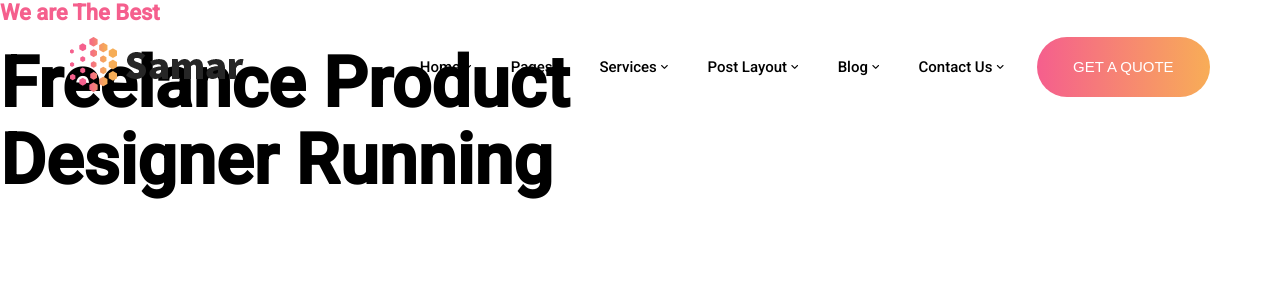
Repository: truongcongtrung2709/truongcongtrung__samar
Page: index.html
These files come from the project's save history. The page is drawn as it stood at one moment and after the next save; the edit follows.
The browser window is 1280 px wide. The pictures show the whole page.
Some web libraries are served in a nearby version.

Above is the page before, as saved 2022-06-22 20:40:29.

### index.html
<!DOCTYPE html>
<html lang="en">

<head>
  <meta charset="UTF-8">
  <meta http-equiv="X-UA-Compatible" content="IE=edge">
  <meta name="viewport" content="width=device-width, initial-scale=1.0">
  <title>Samar</title>
  <link rel="stylesheet" href="style.css">
  <link rel="stylesheet" href="https://cdnjs.cloudflare.com/ajax/libs/font-awesome/6.1.1/css/all.min.css"
    integrity="sha512-KfkfwYDsLkIlwQp6LFnl8zNdLGxu9YAA1QvwINks4PhcElQSvqcyVLLD9aMhXd13uQjoXtEKNosOWaZqXgel0g=="
    crossorigin="anonymous" referrerpolicy="no-referrer" />
  <link rel="preconnect" href="https://fonts.googleapis.com">
  <link rel="preconnect" href="https://fonts.gstatic.com" crossorigin>
  <link href="https://fonts.googleapis.com/css2?family=Oswald:wght@200&family=Roboto:wght@500&display=swap"
    rel="stylesheet">
</head>

<body>
  <header id="title">
    <div class="container">
      <div class="header__content">
        <div class="logo">
          <a href=""><img src="./images/logo-2.png" alt=""></a>
        </div>
        <div class="menu">
          <ul>
            <li><a href=""><span>Home</span> <i class="fa-solid fa-angle-down"></i></a></li>
            <li><a href="">
                <span>Pages</span><i class="fa-solid fa-angle-down"></i></a></li>
            <li><a href=""><span>Services</span> <i class="fa-solid fa-angle-down"></i></a></li>
            <li><a href=""><span>Post Layout</span> <i class="fa-solid fa-angle-down"></i></a></li>
            <li><a href=""><span>Blog</span> <i class="fa-solid fa-angle-down"></i></a></li>
            <li><a href=""><span>Contact Us</span> <i class="fa-solid fa-angle-down"></i></a></li>
          </ul>
          <div class="">
            <button class="linear-gradient-btn">GET A QUOTE</button>
          </div>

        </div>
      </div>
    </div>
  </header>
  <section id="title">
    <div class="container">
      <div class="intro__content">
        <div class="intro__left">
          <p>We are The Best</p>
          <h1>Freelance Product<br>Designer Running</h1>
          <p class="text__gray"></p>
        </div>
        <div class="intro-right">

        </div>
      </div>
    </div>
  </section>
</body>

</html>

### style.css
*{
  padding: 0;
  margin: 0;
  box-sizing: border-box;

}
body{
  position: relative;
  font-family: Roboto,sans-serif;
}
#title h1{
  font-size: 70px;
    line-height: 1.1;
    font-weight: 800;
    color: black;
    margin-bottom: 20px;
}
#title p{
  font-weight: 600;
  font-size: 22px;
  margin-bottom: 20px;
  color: #f55f8d;
}
.text__gray{
  font-size: 22px;
  margin-bottom: 20px;
  color:gray;
}
.linear-gradient-btn{
  padding: 20px 35px;
  font-size:15px;
  border-radius: 30px;
  border: 1px solid transparent;
  color: white;
  background-image:linear-gradient(to right,#f55f8d 0,#f8ae56 51%,#f55f8d 100%);
  transition: all .5s ;
  cursor: pointer;
  line-height: 1.2;
  background-size: 200%;
  outline: none;
  }
.linear-gradient-btn:hover{
    background-position: right center;
}

header{
    position: absolute;
    width: 100%;
    top: 0;
    left: 0;
}
header .container{
  width: 89%;
  margin: 0 auto;
}
header .container .header__content{
    display: flex;
    justify-content: space-between;
    align-items: center;
}
.menu{
  display:flex;
  align-items: center;
}
.menu ul{
    display: flex;
    list-style: none;
}
.menu ul li{
  padding: 57px 6px;
}
.menu ul li a{
  text-decoration: none;
  color: black;
  font-size: 15px;
  margin-right:27px;
  font-weight: 500;
}
.menu ul li a span{
  display:inline-block;
}
.menu ul li:hover i{
  color:#f55f8d;
}
.menu ul li:hover span{
  color:#f55f8d;
  animation:upDown .3s forwards;
}
@keyframes upDown {
  60%{
    transform: translateY(20px);
  }
  70%{
    opacity: 0;
    transform: translateY(-20px);
  }
  80%{
    opacity: 1;
  }
}
.menu ul i{
  font-size: 9px;
    margin-top: -3px;
    vertical-align: middle;
}

After the next save:
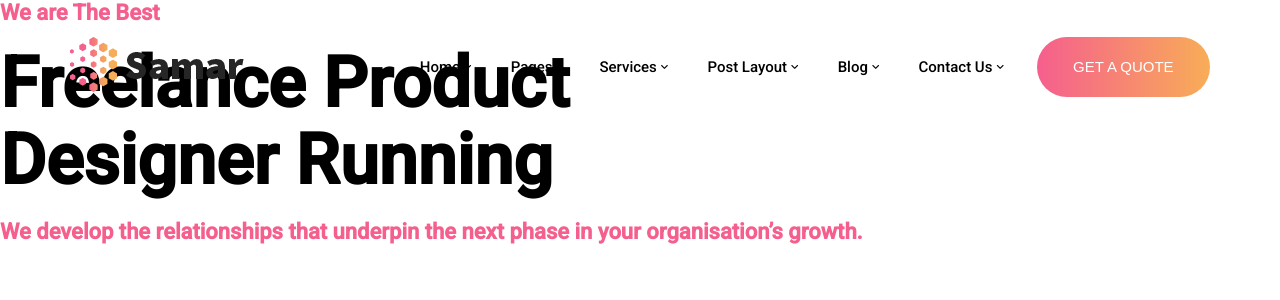
Saved 21 s later.
--- a/index.html
+++ b/index.html
@@ -47,7 +47,8 @@
         <div class="intro__left">
           <p>We are The Best</p>
           <h1>Freelance Product<br>Designer Running</h1>
-          <p class="text__gray"></p>
+          <p class="text__gray">We develop the relationships that underpin the next phase in your
+            organisation’s growth.</p>
         </div>
         <div class="intro-right">
 
